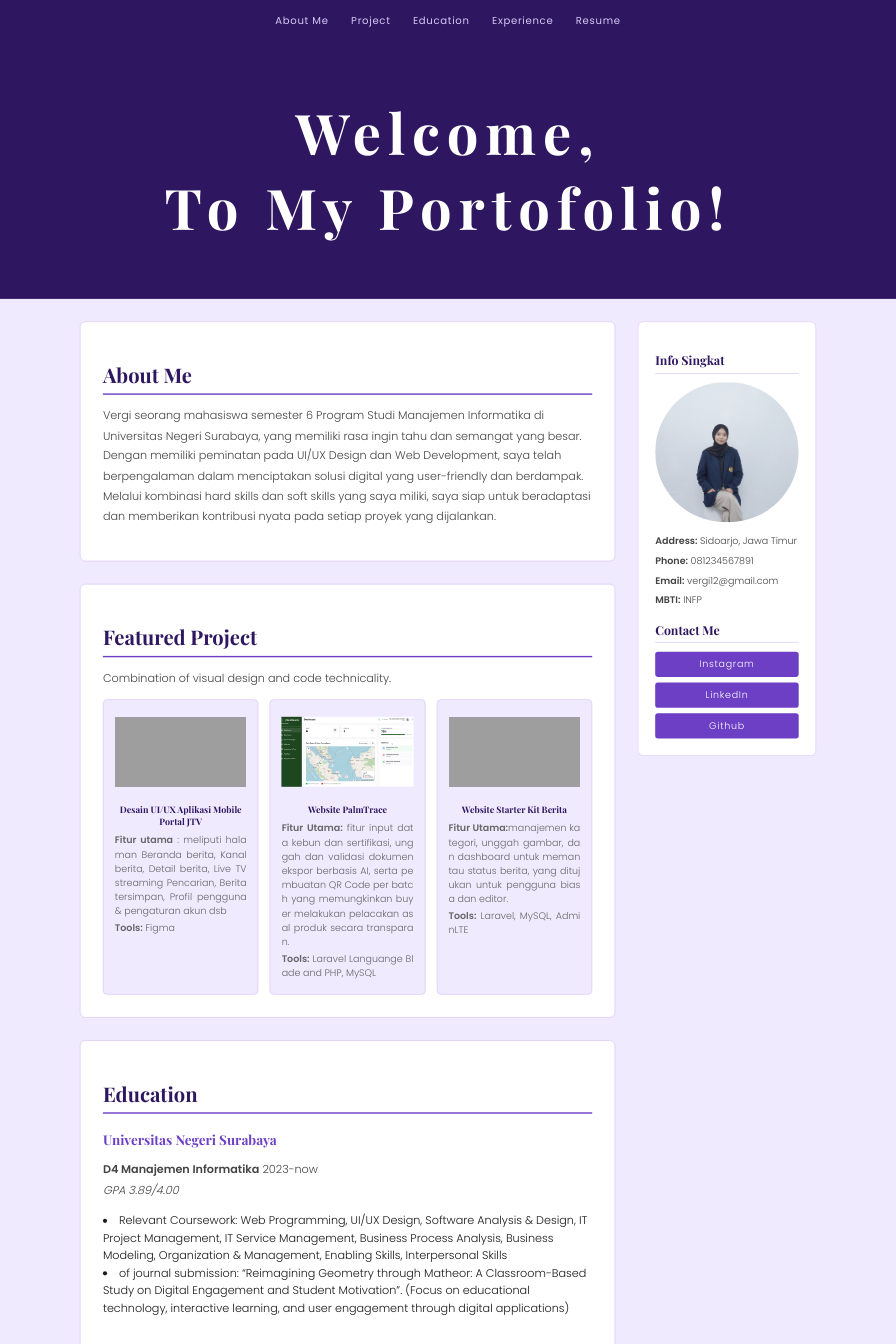
Repository: VergiMutiaRahmasyani/Website-Portofolio
Page: index.html
An editor plug-in stored every save of this project. The page is shown before and after the next save, followed by the edit.
The browser window is 1280 px wide. The pictures show the part of the page from y = 0 to 1920 px (the page is 2803 px tall), at 70% of full size.
Pictures or frames that could not be fetched are drawn as grey boxes.

Above is the page before, as saved 2026-03-07 15:17:40.

After the next save:
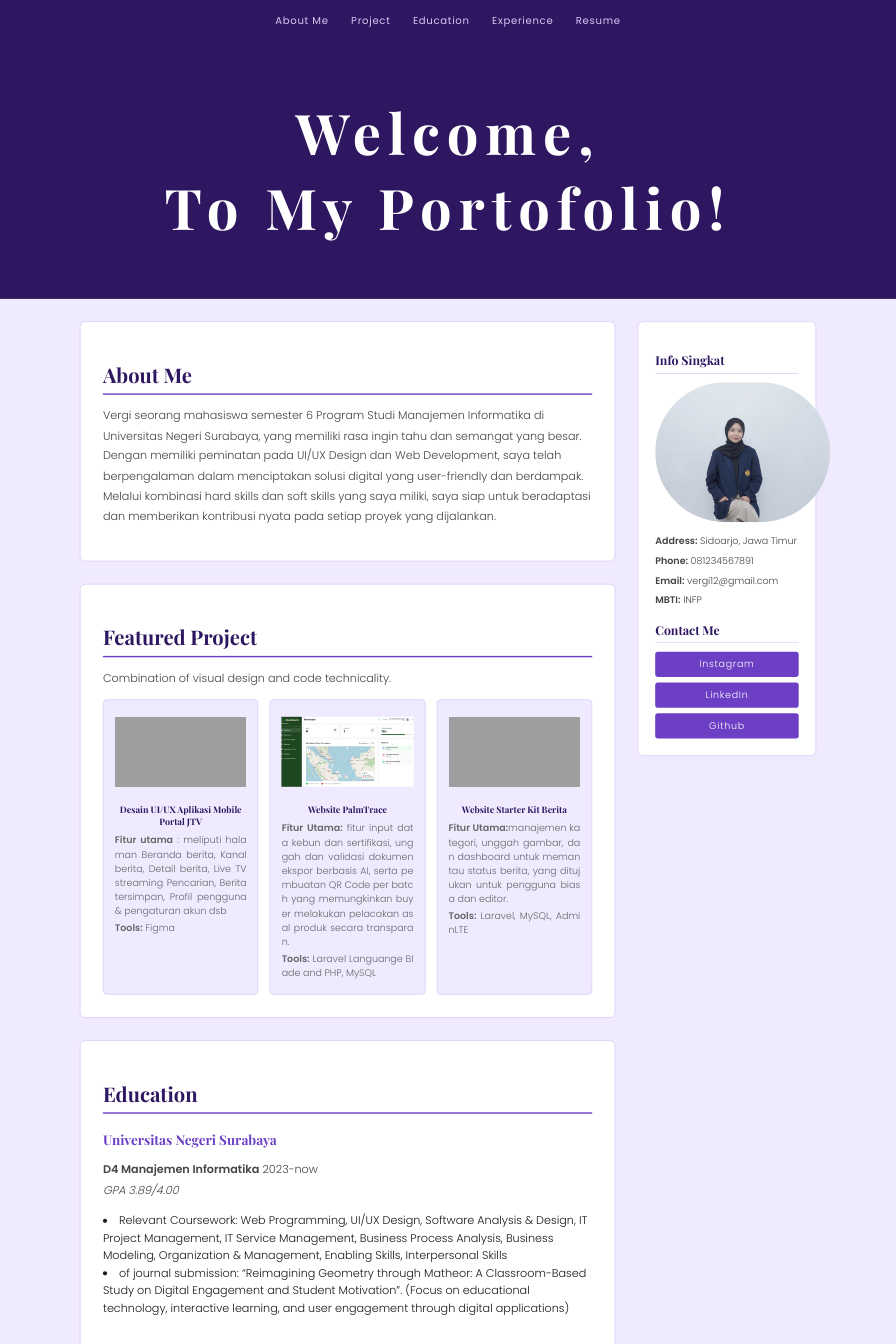
Saved 42 min 43 s later.
--- a/css/style.css
+++ b/css/style.css
@@ -228,7 +228,7 @@ aside h3 {
 }
 
 .aside-img {
-    width: 100%;
+    width: 150%;
     max-width: 250px;
     height: 200px;
     object-fit: cover;
